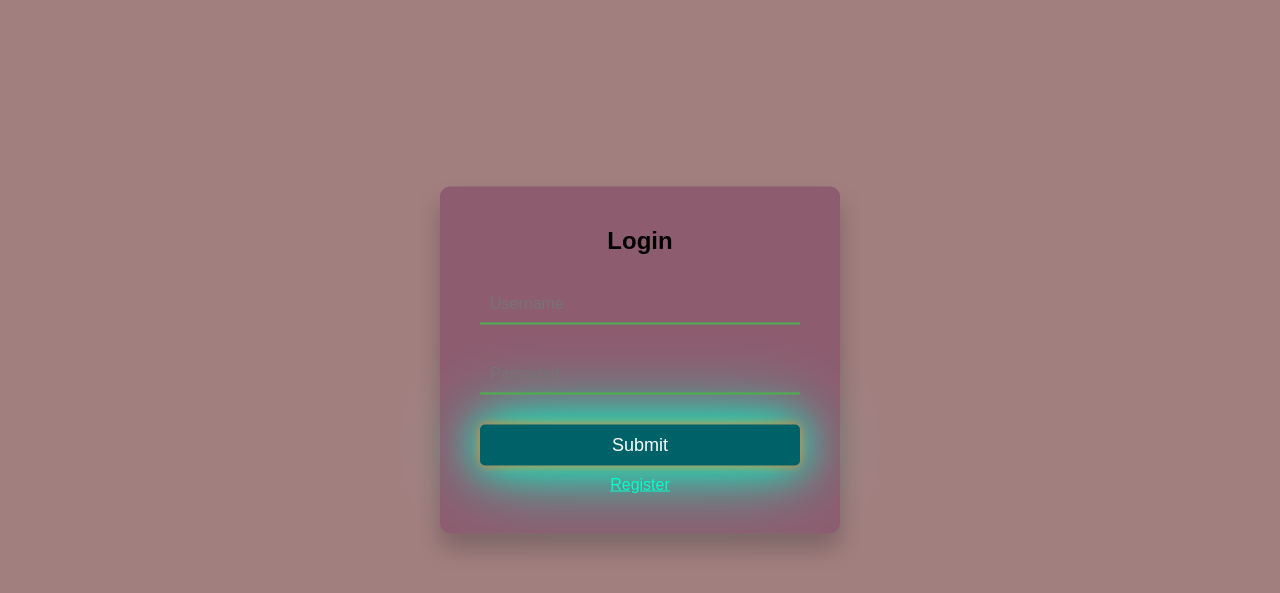
Repository: SRBshakib/Safe-Food---DBMS-project
Page: Organaization/login.html
An editor plug-in stored every save of this project. The page is shown before and after the next save, followed by the edit.
The browser window is 1280 px wide. The pictures show the whole page.
The pointer rests on the first visible `.btn`.

Above is the page before, as saved 2024-11-10 21:58:40.

### Organaization/login.html
<!DOCTYPE html>
<html lang="en">
<head>
    <meta charset="UTF-8">
    <meta name="viewport" content="width=device-width, initial-scale=1.0">
    <title>Welcome to our organization</title>
    <link rel="stylesheet" href="style_login.css"> <!-- Link to the CSS file -->
</head>
<body>
    <div class="login-box">
        <h2>Login</h2>
        <form>
            <div class="textbox">
                <input type="text" placeholder="Username" required>
            </div>
            <div class="textbox">
                <input type="password" placeholder="Password" required>
            </div>
            <button type="submit" class="btn">Submit</button>
            <p class="register">Register</p>
        </form>
    </div>
</body>
</html>

### Organaization/style_login.css

*{

    margin: 0;
    padding: 0;
    box-sizing: border-box;
    font-family: Arial, sans-serif;
}

body {
    display: flex;
    justify-content: center;
    align-items: center;
    height: 100vh;
    background-color: #46000080;
    color: rgb(0, 0, 0);
}

.login-box {
    position: absolute;
    top: 50%;
    left: 50%;
    width: 400px;
    padding: 40px;
    transform: translate(-50%, -50%);
    background: rgba(94, 7, 72, 0.281);
    box-shadow: 0 15px 25px rgba(0, 0, 0, 0.219);
    border-radius: 10px;
    text-align: center;
}

.login-box h2 {
    margin-bottom: 30px;
}

.textbox {
    position: relative;
    margin-bottom: 30px;
    border-bottom: 2px solid #4caf50;
}

.textbox input {
    width: 100%;
    padding: 10px;
    font-size: 16px;
    background: none;
    border: none;
    outline: none;
    color: #fff;
}

.btn {
    display: inline-block;
    width: 100%;
    padding: 10px;
    background: #4caf50;
    border: none;
    outline: none;
    color: #fff;
    font-size: 18px;
    cursor: pointer;
    border-radius: 5px;
    transition: background 0.3s, box-shadow 0.3s;
}

.btn:hover {
    background: #006269;
    box-shadow: 0 0 10px #ff7f29, 0 0 40px #00ffcc, 0 0 80px #00ffcc;
}

.register {
    color: #00ffcc;
    cursor: pointer;
    margin-top: 10px;
    text-decoration: underline;
}

After the next save:
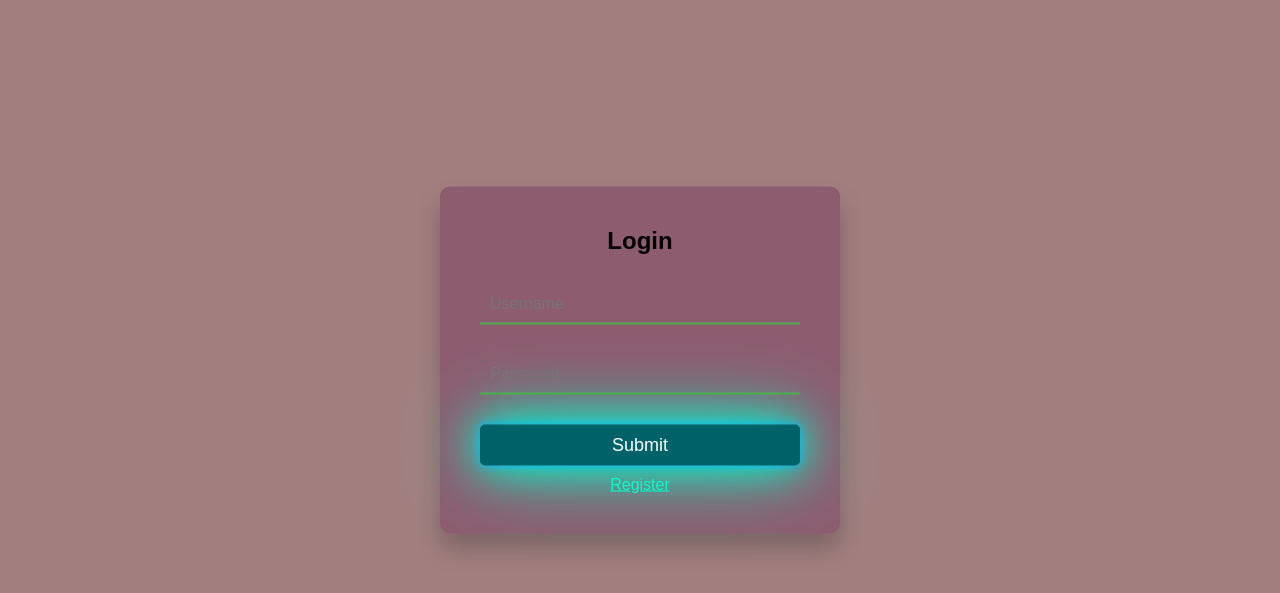
Saved 14 s later.
--- a/Organaization/style_login.css
+++ b/Organaization/style_login.css
@@ -65,7 +65,7 @@ body {
 
 .btn:hover {
     background: #006269;
-    box-shadow: 0 0 10px #ff7f29, 0 0 40px #00ffcc, 0 0 80px #00ffcc;
+    box-shadow: 0 0 10px #00b7ff, 0 0 40px #00ffcc, 0 0 80px #00ffcc;
 }
 
 .register {
